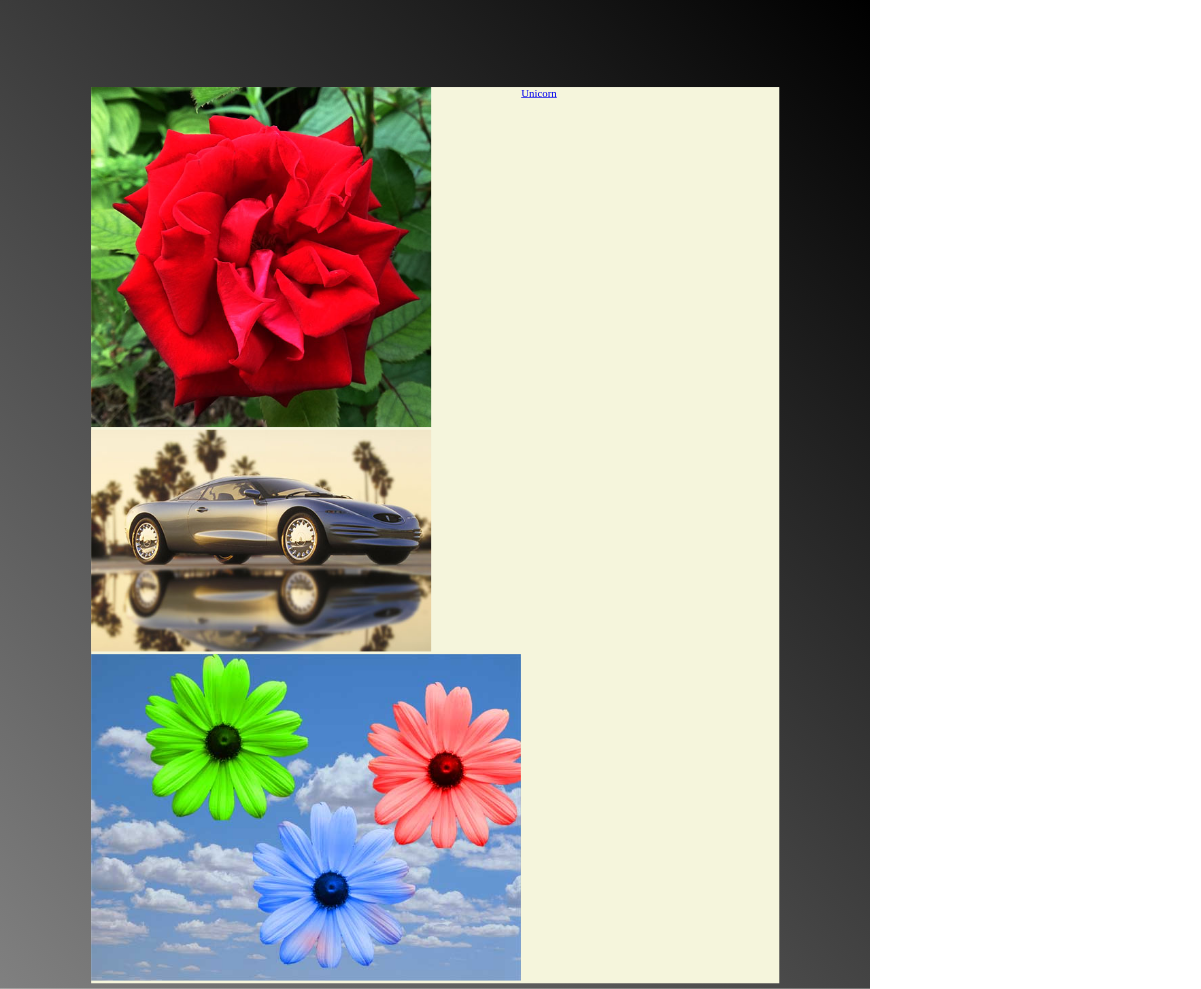
Repository: ViggoSkj/VGY
Page: ovningar/photoshopovning/photoshopovning.html
The author's editor kept a copy of each file at every save. The page is drawn from the files as they stood at one save, then again after the next save.
The browser window is 1280 px wide. The page is 1280 px wide, then 1766 px, so the pictures cover 1766 px, including what lies to the right of the window. The pictures show the whole page, at 68% of full size.

Above is the page before, as saved 2022-11-27 12:04:31.

### ovningar/photoshopovning/photoshopovning.html
<!DOCTYPE html>
<html lang="en">
    <head>
        <meta charset="UTF-8">
        <meta http-equiv="X-UA-Compatible" content="IE=edge">
        <meta name="viewport" content="width=device-width, initial-scale=1.0">
        <title>Document</title>
        <link rel="stylesheet" href="public/css/style.css">
    </head>
    <body class="photoshopovningar">
        <div class="container">
            <div class="images">
                <img src="public/images/ros_edited.jpg" alt="ros">
                <img src="public/images/bil_edited.jpg" alt="bil">
                <img src="public/images/sky_and_flower.jpg" alt="1 röd, 1, blå och 1 grönn blomma på en himmel">
            </div>

            <div id="myfooter">
                <a href="https://validator.w3.org/unicorn/check?ucn_uri=labb.vgy.se/~viggosg/ovningar/photoshopovningar.html&ucn_task=conformance">Unicorn</a>
             </div>
        </div>
    </body>
</html>

### ovningar/photoshopovning/public/css/style.css
body
{
    background-image: linear-gradient(45deg, gray, black);
}

.container
{
    background-color: beige;
    margin: auto;
    margin-top: 8em;
    width: 80%;

    display: grid;
    grid-template-columns: 1fr 1fr 1fr;
}

.images
{

}

After the next save:
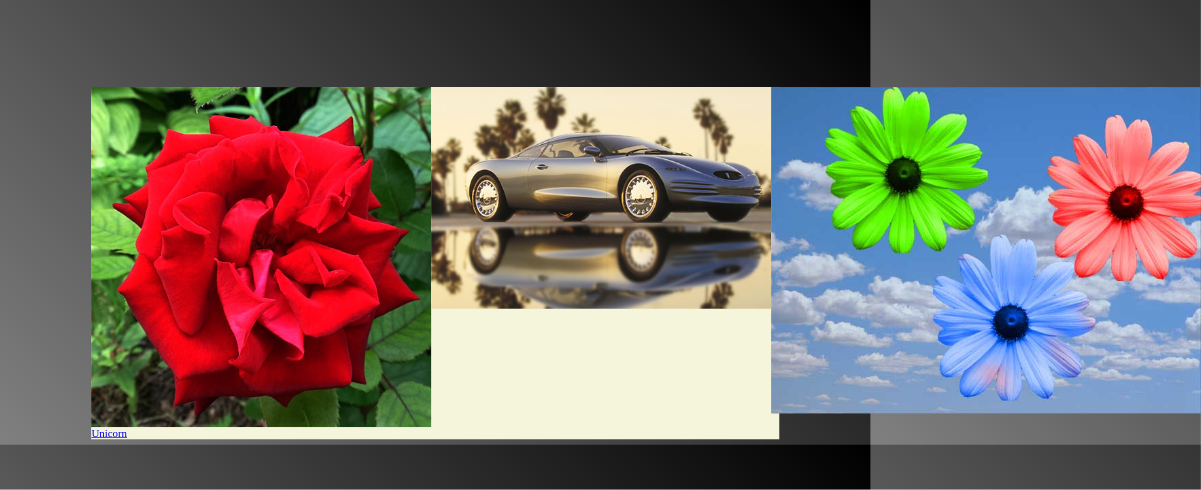
Saved 8 s later.
--- a/ovningar/photoshopovning/public/css/style.css
+++ b/ovningar/photoshopovning/public/css/style.css
@@ -9,12 +9,10 @@ body
     margin: auto;
     margin-top: 8em;
     width: 80%;
-
-    display: grid;
-    grid-template-columns: 1fr 1fr 1fr;
 }
 
 .images
 {
-
+    display: grid;
+    grid-template-columns: 1fr 1fr 1fr;
 }
